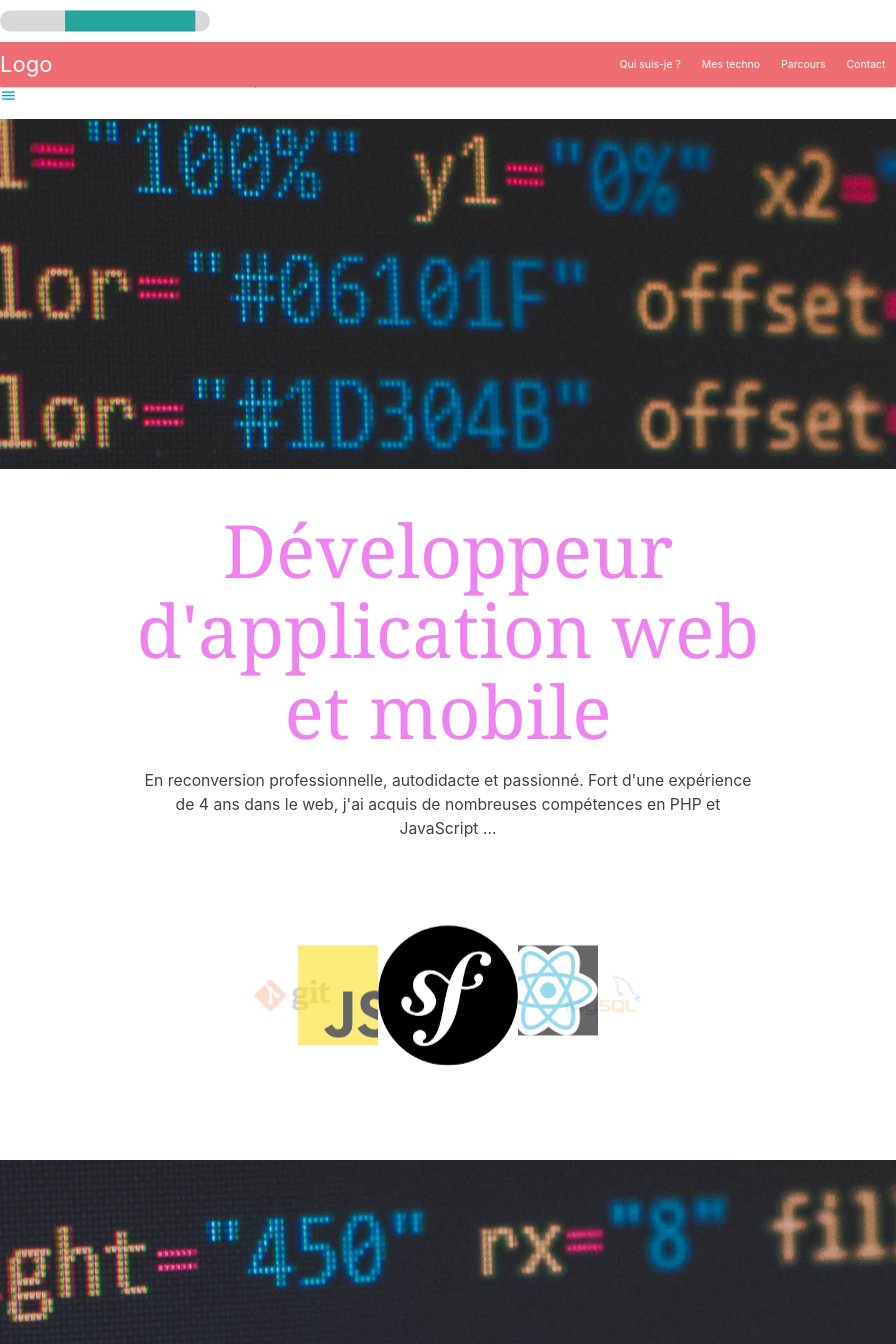
Repository: duncanidaho14/elhad
Page: index.html
The author's editor kept a copy of each file at every save. The page is drawn from the files as they stood at one save, then again after the next save.
The browser window is 1280 px wide. The pictures show the part of the page from y = 0 to 1920 px (the page is 5838 px tall before and 5865 px after), at 70% of full size.

Above is the page before, as saved 2020-10-26 02:12:08.

After the next save:
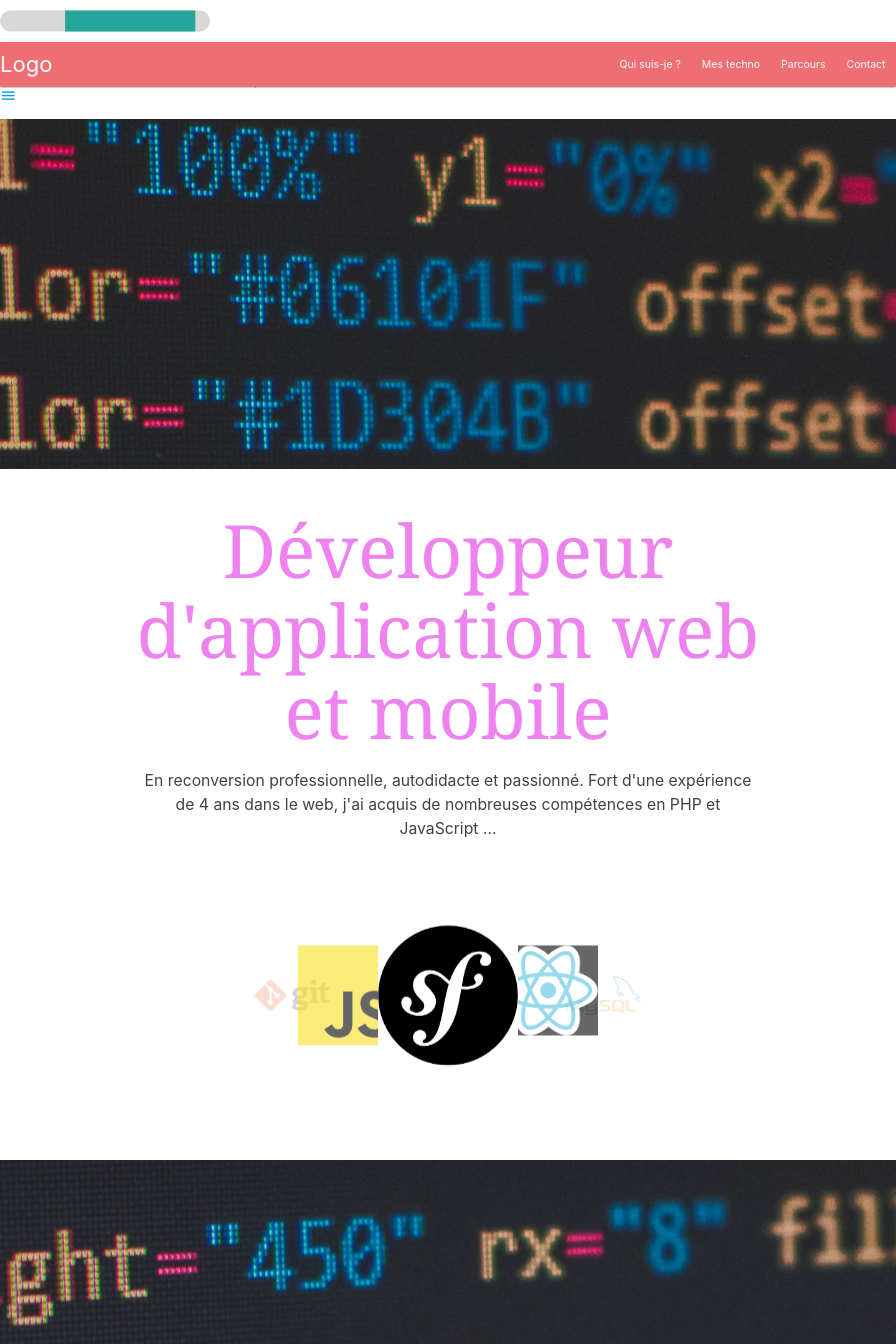
Saved 7 s later.
--- a/index.html
+++ b/index.html
@@ -214,7 +214,7 @@
                 Coté front nous avons utilisé Vue JS et coté back Java. En temps que développeur front-end je suis responsable de la qualité de mon code
                 - Test Unitaire et fonctionnel.<br>
                 - Implémentationde fonctionnalité d’importation de CSV
-                et de PDF
+                et de PDF<br>
                 - Migration Vue2.* et Int8 de l'application
                 Environnement technique: Vue JS, Node JS, Express,
                 Element io, Chai, Mocha, SCRUM.
